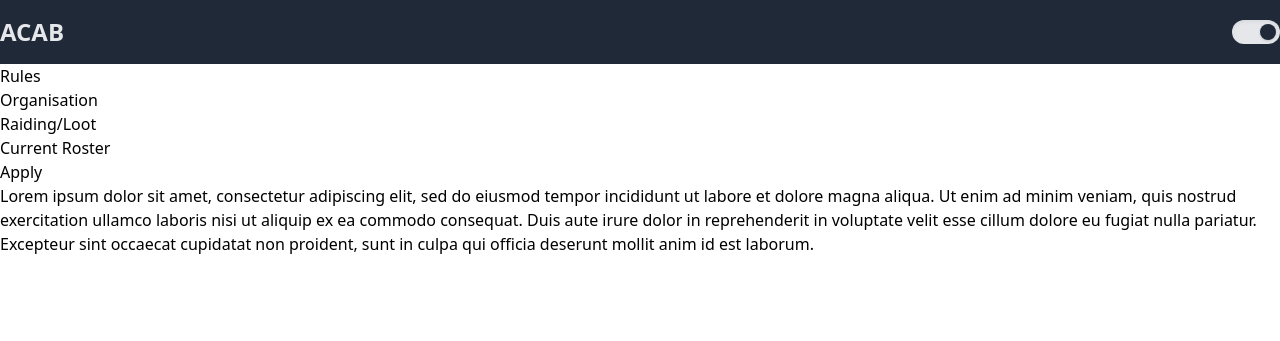
Repository: eaang/catguild_frontend
Page: /
An editor plug-in stored every save of this project. The page is shown before and after the next save, followed by the edit.
The browser window is 1280 px wide. The pictures show the whole page.
The project was rebuilt for these pictures with package versions that can differ from the ones it lists, and the page was loaded fresh each time. The framework's server and built-in components were replaced by stand-ins that run in the browser. Also part of the build but not shown: nuxt.config.js, components/ContentBox.vue, components/ContentEditor.vue, components/ImageBox.vue, components/SidebarMain.vue, components/SidebarSub.vue, components/TheFoooter.vue, components/icons/ChevronDown.vue and 19 more. Imported but missing from the stored project, and not drawn on this page: apollo/queries/categories/category.

Above is the page before, as saved 2021-04-02 18:45:34.

After the next save:
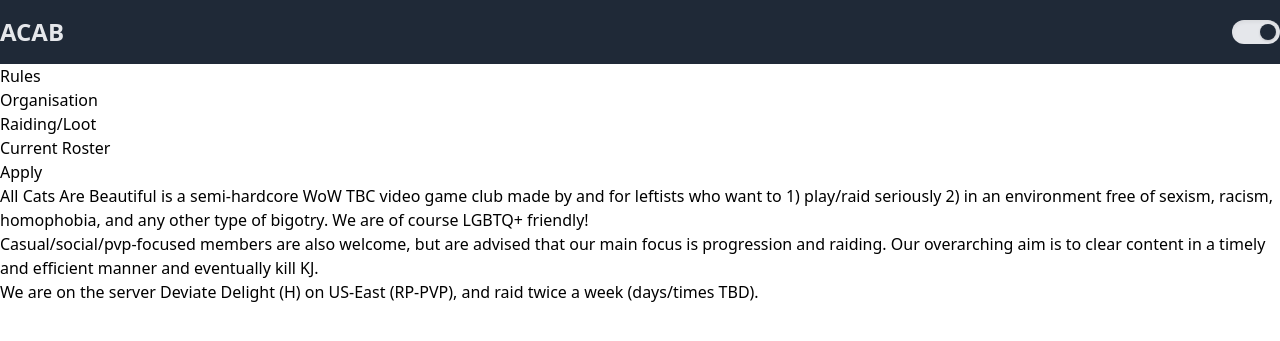
Saved 36 s later.
--- a/pages/index.vue
+++ b/pages/index.vue
@@ -1,11 +1,16 @@
 <template>
   <div>
-    Lorem ipsum dolor sit amet, consectetur adipiscing elit, sed do eiusmod
-    tempor incididunt ut labore et dolore magna aliqua. Ut enim ad minim veniam,
-    quis nostrud exercitation ullamco laboris nisi ut aliquip ex ea commodo
-    consequat. Duis aute irure dolor in reprehenderit in voluptate velit esse
-    cillum dolore eu fugiat nulla pariatur. Excepteur sint occaecat cupidatat
-    non proident, sunt in culpa qui officia deserunt mollit anim id est laborum.
+    All Cats Are Beautiful is a semi-hardcore WoW TBC video game club made by
+    and for leftists who want to 1) play/raid seriously 2) in an environment
+    free of sexism, racism, homophobia, and any other type of bigotry. We are of
+    course LGBTQ+ friendly!
+    <br />
+    Casual/social/pvp-focused members are also welcome, but are advised that our
+    main focus is progression and raiding. Our overarching aim is to clear
+    content in a timely and efficient manner and eventually kill KJ.
+    <br />
+    We are on the server Deviate Delight (H) on US-East (RP-PVP), and raid twice
+    a week (days/times TBD).
   </div>
 </template>
 
